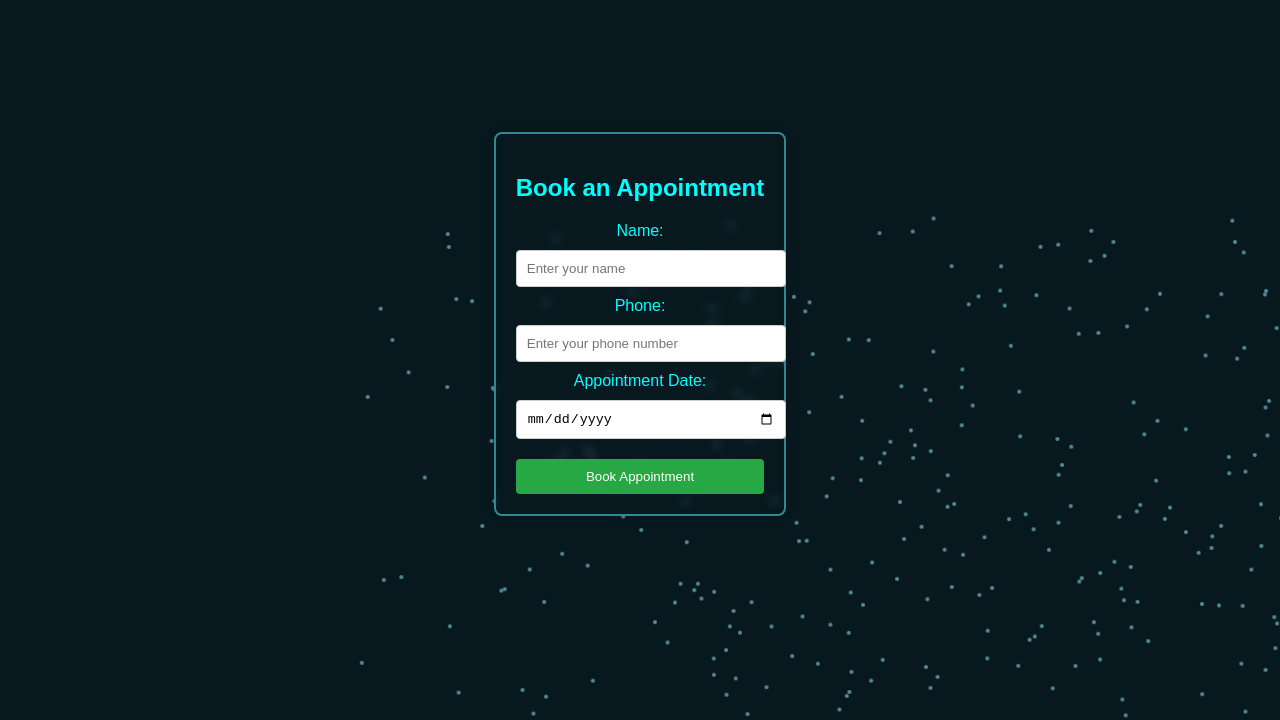
Repository: Anadi-Chauhan/Mentorship-binarybuddy
Page: appointment.html
These files come from the project's save history. The page is drawn as it stood at one moment and after the next save; the edit follows.
The browser window is 1280 px wide. The pictures show the whole page.

Above is the page before, as saved 2024-10-19 10:40:52.

After the next save:
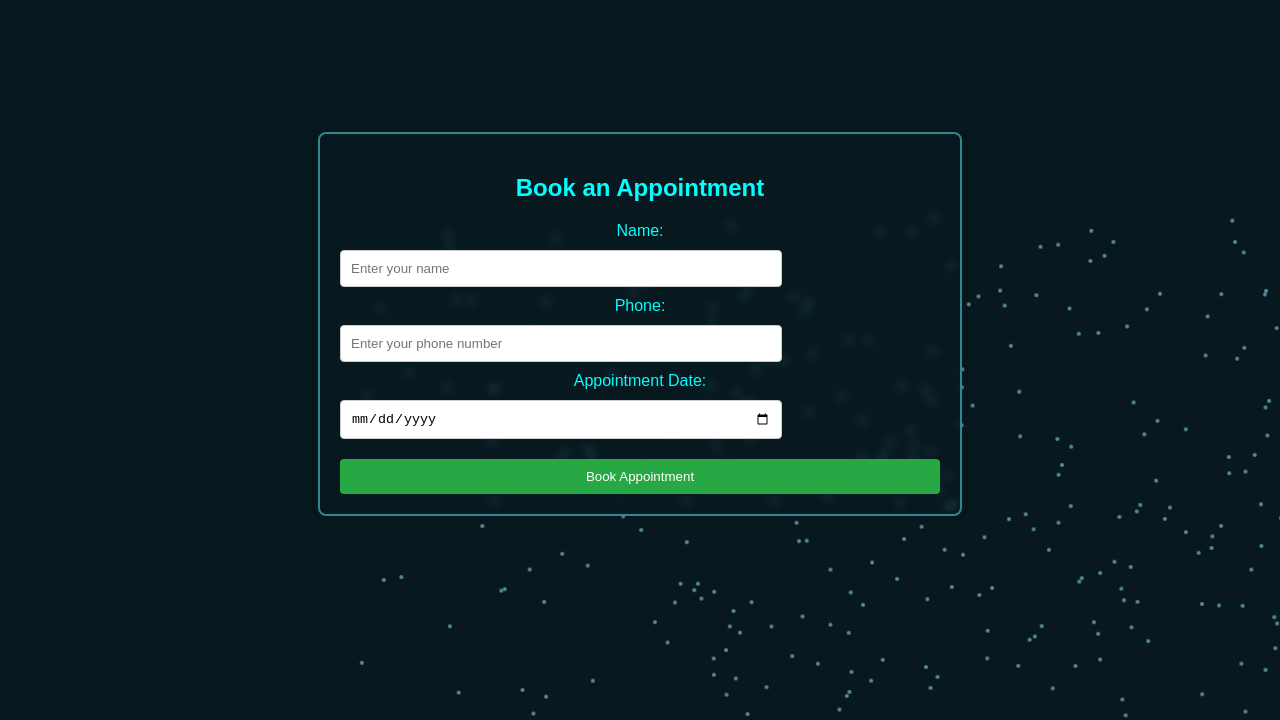
Saved 12 s later.
--- a/appointment.css
+++ b/appointment.css
@@ -17,7 +17,7 @@ body {
     border-radius: 8px;
     box-shadow: 0 0 10px rgba(0, 0, 0, 0.1);
     border: 2px solid color(srgb 0.1966 0.5303 0.57);
-    /* width: 300px; */
+    width: 600px;
     text-align: center;
 }
 
@@ -38,7 +38,7 @@ input {
     padding: 10px;
     border: 1px solid #ccc;
     border-radius: 4px;
-    width: 100%;
+    width: 70%;
 }
 
 button {
